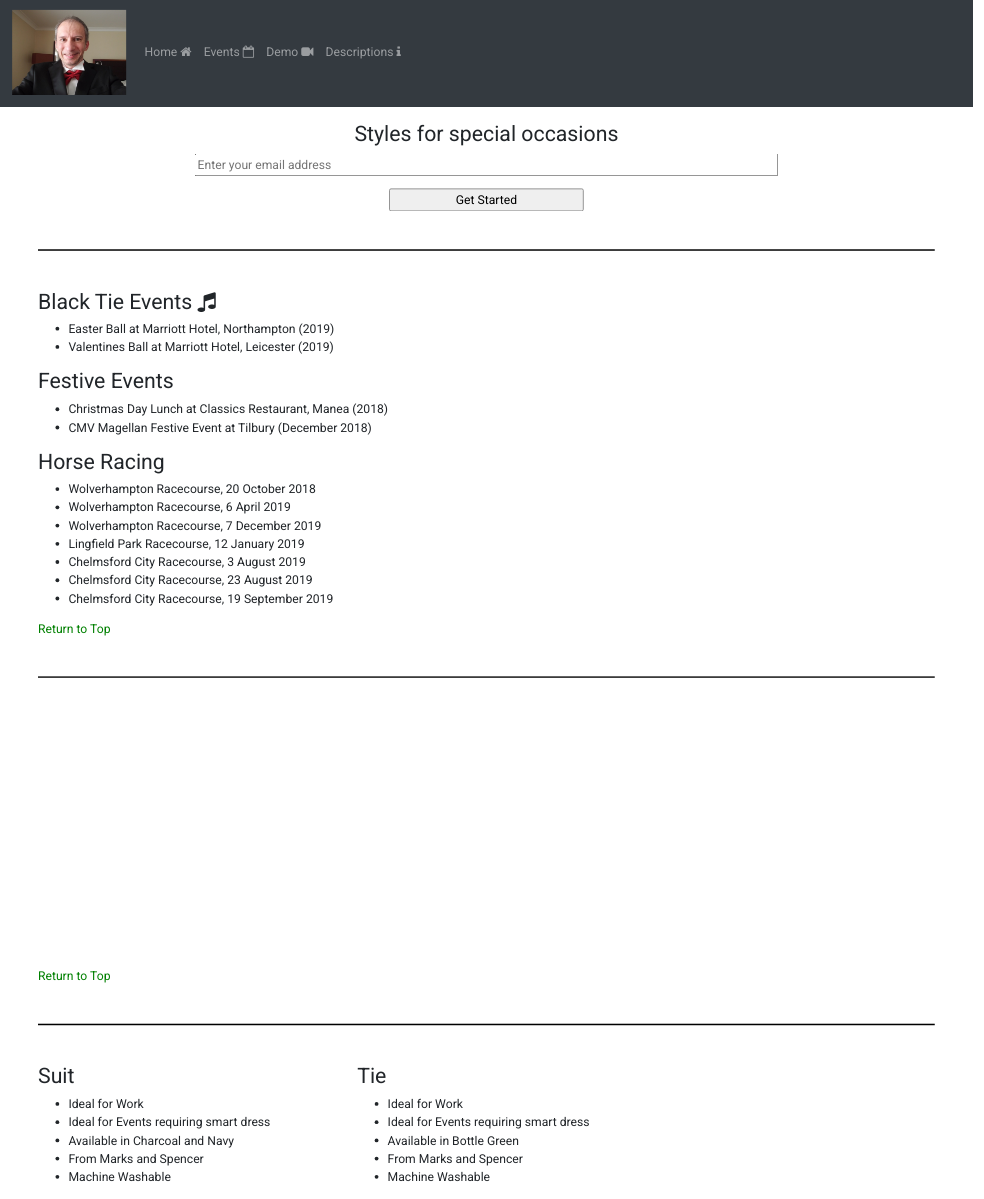
Repository: derektypist/product-landing-page
Page: index.html
The author's editor kept a record of every edit. The page is drawn from the files as they stood at one moment, then again after the next edit.
The browser window is 1280 px wide. The page is 1295 px wide, so the pictures cover 1295 px, including what lies to the right of the window. The pictures show the whole page, at 76% of full size.
Pictures or frames that could not be fetched are drawn as grey boxes.

Above is the page before.

After the next edit:
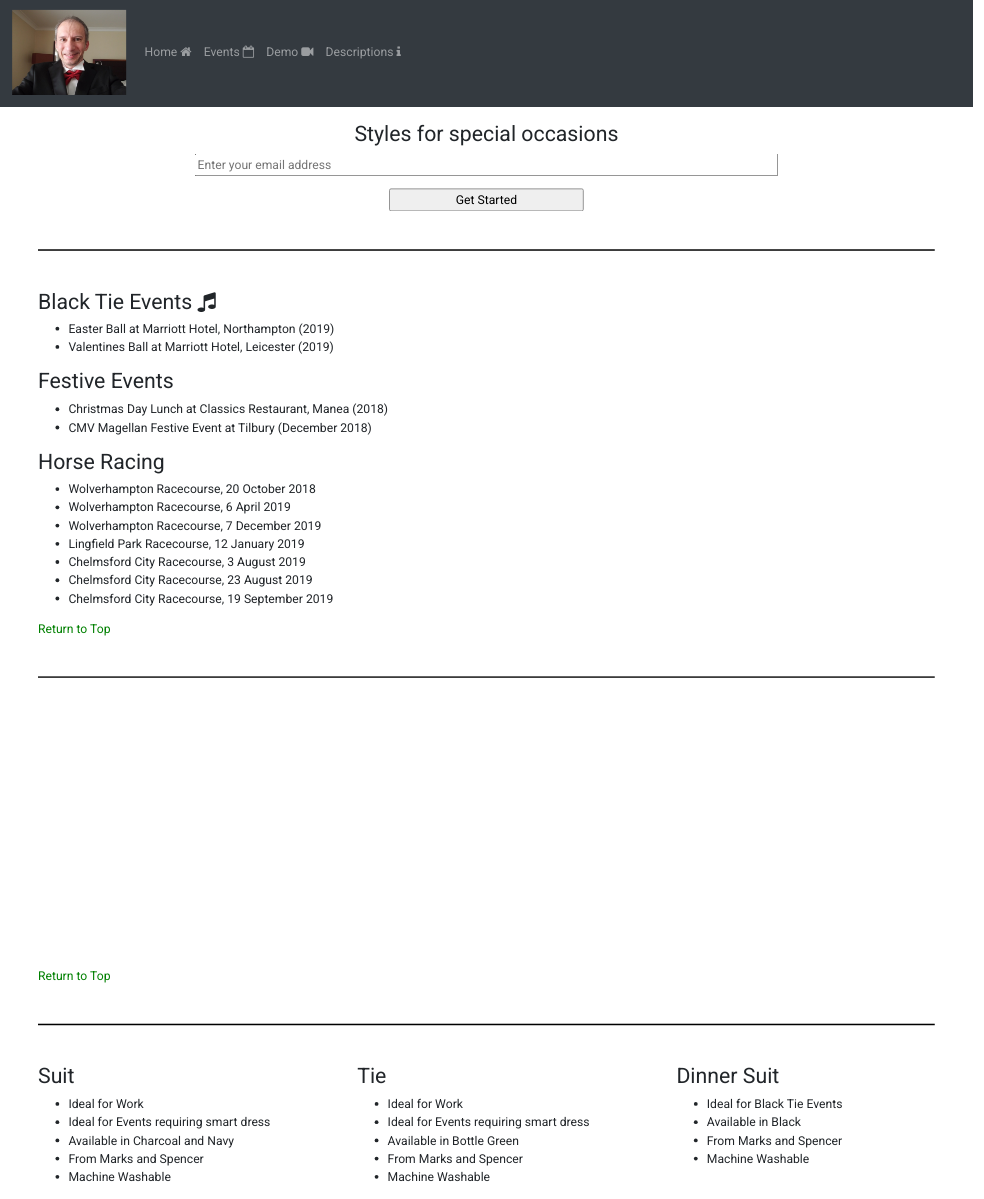
The edit:
--- a/index.html
+++ b/index.html
@@ -223,7 +223,15 @@
                     <li>Machine Washable</li>
                 </ul>
             </article>
-            <article class="col-sm-4"></article>
+            <article class="col-sm-4">
+                <h3>Dinner Suit</h3>
+                <ul>
+                    <li>Ideal for Black Tie Events</li>
+                    <li>Available in Black</li>
+                    <li>From Marks and Spencer</li>
+                    <li>Machine Washable</li>
+                </ul>
+            </article>
             </article>
 
         </section>
